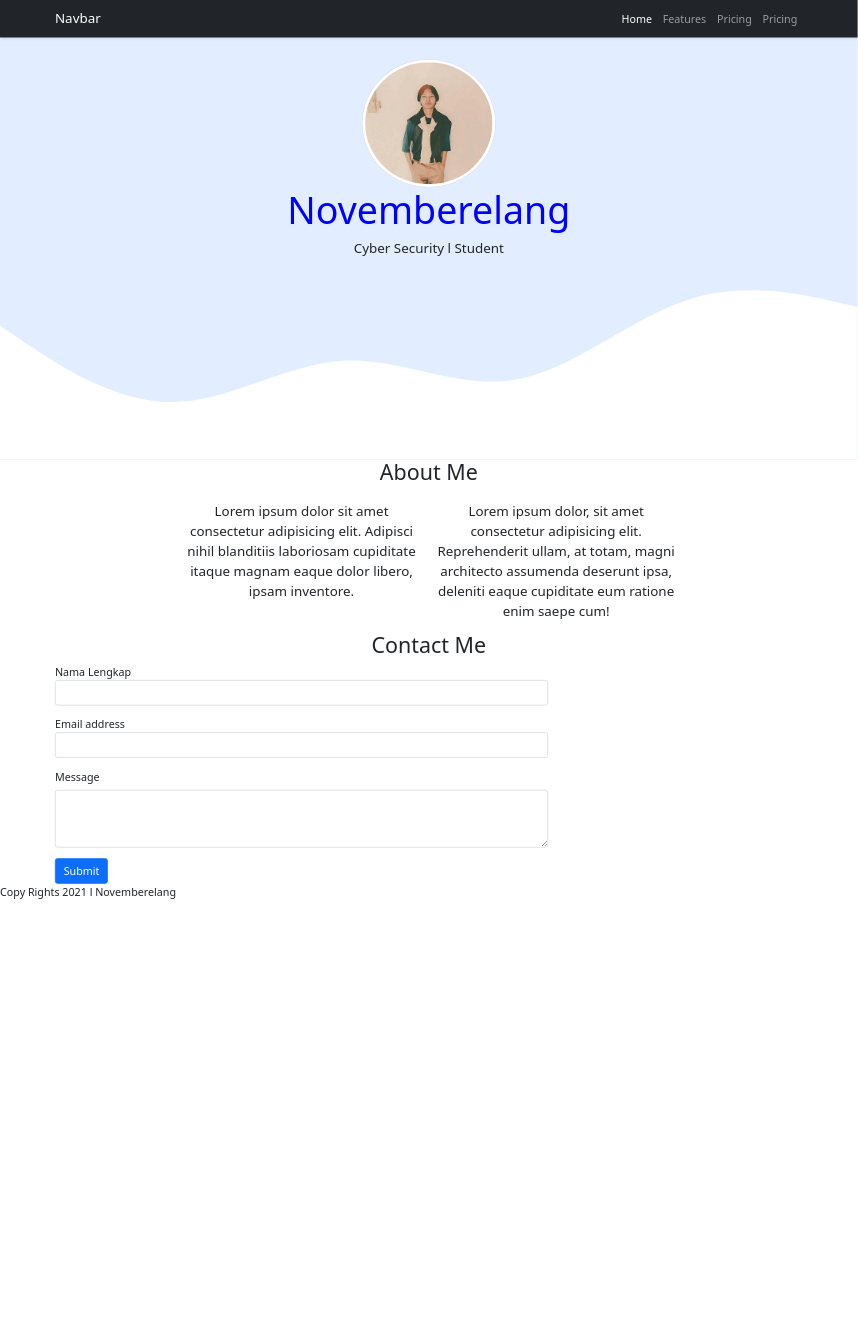
Repository: Novemberdad/gemilangtech.github.io
Page: index.html
The author's editor kept a copy of each file at every save. The page is drawn from the files as they stood at one save, then again after the next save.
The browser window is 1280 px wide. The pictures show the whole page, at 67% of full size.

Above is the page before, as saved 2021-07-21 00:32:14.

### index.html
<!DOCTYPE html>
<html lang="en">

<head>
    <!-- Required meta tags -->
    <meta charset="utf-8" />
    <meta name="viewport" content="width=device-width, initial-scale=1" />

    <!-- Bootstrap CSS -->
    <link href="https://cdn.jsdelivr.net/npm/bootstrap@5.0.2/dist/css/bootstrap.min.css" rel="stylesheet" integrity="sha384-EVSTQN3/azprG1Anm3QDgpJLIm9Nao0Yz1ztcQTwFspd3yD65VohhpuuCOmLASjC" crossorigin="anonymous" />

    <!--My CSS-->
    <link rel="stylesheet" href="style.css" />
    <title>My Portofoliio</title>
    <style>
        h1 {
            text-align: center;
            color: blue;
        }
    </style>
</head>

<body>
    <!--NAVBAR-->
    <nav class="navbar navbar-expand-lg navbar-dark bg-dark shadow-sm">
        <div class="container">
            <a class="navbar-brand" href="#">Navbar</a>
            <button class="navbar-toggler" type="button" data-bs-toggle="collapse" data-bs-target="#navbarNav" aria-controls="navbarNav" aria-expanded="false" aria-label="Toggle navigation">
          <span class="navbar-toggler-icon"></span>
        </button>
            <div class="collapse navbar-collapse" id="navbarNav">
                <ul class="navbar-nav ms-auto">
                    <li class="nav-item">
                        <a class="nav-link active" aria-current="page" href="#">Home</a>
                    </li>
                    <li class="nav-item">
                        <a class="nav-link" href="#">Features</a>
                    </li>
                    <li class="nav-item">
                        <a class="nav-link" href="#">Pricing</a>
                    </li>
                    <li class="nav-item">
                        <a class="nav-link" href="#">Pricing</a>
                    </li>
                </ul>
            </div>
        </div>
    </nav>
    <!--AKHIR NAVBAR-->

    <!--jumbortron-->
    <section class="jumbotron text-center">
        <img src="image/logo.jpg" alt="logo" width="200" class="rounded-circle img-thumbnail" />
        <h1 class="display-4">Novemberelang</h1>
        <p class="lead">Cyber Security l Student</p>
        <svg xmlns="http://www.w3.org/2000/svg" viewBox="0 0 1440 320">
        <path
          fill="#ffffff"
          fill-opacity="1"
          d="M0,96L48,128C96,160,192,224,288,224C384,224,480,160,576,154.7C672,149,768,203,864,186.7C960,171,1056,85,1152,53.3C1248,21,1344,43,1392,53.3L1440,64L1440,320L1392,320C1344,320,1248,320,1152,320C1056,320,960,320,864,320C768,320,672,320,576,320C480,320,384,320,288,320C192,320,96,320,48,320L0,320Z"
        ></path>
      </svg>
    </section>
    <!--akhir jumbotron-->

    <!--about-->
    <section id="about">
        <div class="container">
            <div class="row text-center mb-3">
                <div class="col">
                    <h2>About Me</h2>
                </div>
            </div>
            <div class="row justify-content-center fs-5 text-center">
                <div class="col-4">
                    <p>Lorem ipsum dolor sit amet consectetur adipisicing elit. Adipisci nihil blanditiis laboriosam cupiditate itaque magnam eaque dolor libero, ipsam inventore.</p>
                </div>
                <div class="col-4">
                    <p>Lorem ipsum dolor, sit amet consectetur adipisicing elit. Reprehenderit ullam, at totam, magni architecto assumenda deserunt ipsa, deleniti eaque cupiditate eum ratione enim saepe cum!</p>
                </div>
            </div>
    </section>
    <!--akhir about-->


    <!--kontak-->
    <section id="contact">
        <div class="container">
            <div class="row text-center justify-content-center">
                <div class="col">
                    <h2> Contact Me</h2>
                </div>
            </div>
            <div class="row">
                <div class="col-md-8">
                    <form>
                        <div class="mb-3">
                            <label for="exampleInputEmail1">Nama Lengkap</label>
                            <input type="email" class="form-control" id="exampleInputEmail1" aria-describedby="NamaLengkap">
                        </div>
                        <div class="mb-3">
                            <label for="exampleInputEmail1">Email address</label>
                            <input type="email" class="form-control" id="exampleInputEmail1" aria-describedby="emailHelp">
                        </div>
                        <div class="mb-3">
                            <label for="exampleFormControlTextarea1" class="form-label">Message</label>
                            <textarea class="form-control" id="exampleFormControlTextarea1" rows="3"></textarea>
                        </div>
                        <button type="submit" class="btn btn-primary">Submit</button>
                    </form>
                </div>
            </div>
        </div>


    </section>
    <!--akhir kontak-->

    <!--footer-->
    <footer>
        <p>
            Copy Rights 2021 l Novemberelang
        </p>
    </footer>
    <!--akhir footer-->



    <script src="https://cdn.jsdelivr.net/npm/bootstrap@5.0.2/dist/js/bootstrap.bundle.min.js" integrity="sha384-MrcW6ZMFYlzcLA8Nl+NtUVF0sA7MsXsP1UyJoMp4YLEuNSfAP+JcXn/tWtIaxVXM" crossorigin="anonymous"></script>

    <!-- Option 2: Separate Popper and Bootstrap JS -->
    <!--
    <script src="https://cdn.jsdelivr.net/npm/@popperjs/core@2.9.2/dist/umd/popper.min.js" integrity="sha384-IQsoLXl5PILFhosVNubq5LC7Qb9DXgDA9i+tQ8Zj3iwWAwPtgFTxbJ8NT4GN1R8p" crossorigin="anonymous"></script>
    <script src="https://cdn.jsdelivr.net/npm/bootstrap@5.0.2/dist/js/bootstrap.min.js" integrity="sha384-cVKIPhGWiC2Al4u+LWgxfKTRIcfu0JTxR+EQDz/bgldoEyl4H0zUF0QKbrJ0EcQF" crossorigin="anonymous"></script>
    -->
</body>

</html>

### style.css
body {
    min-height: 2000px;
}

.jumbotron {
    padding-top: 2rem;
    background-color: #e2edff;
}

After the next save:
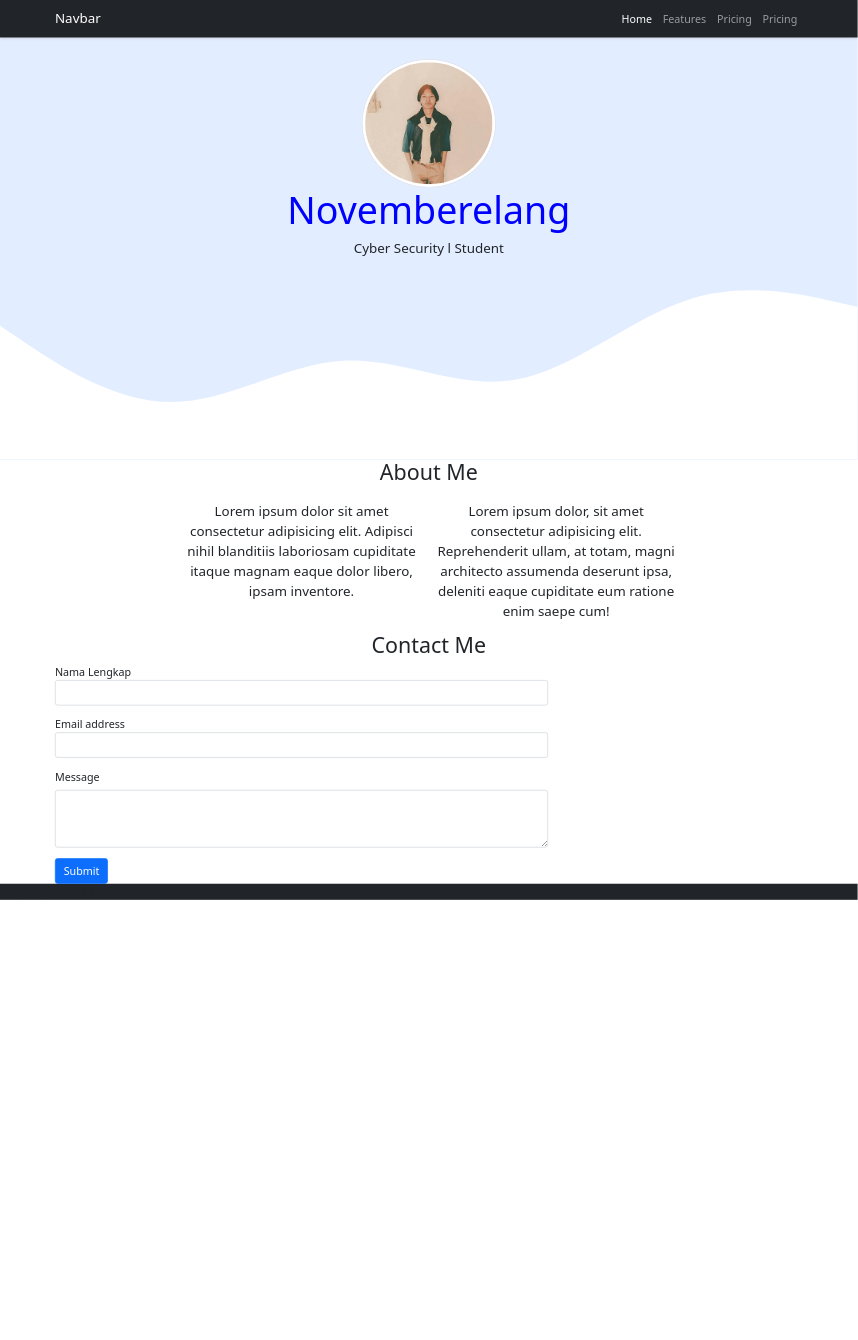
Saved 36 s later.
--- a/index.html
+++ b/index.html
@@ -117,7 +117,7 @@
     <!--akhir kontak-->
 
     <!--footer-->
-    <footer>
+    <footer class="bg-dark">
         <p>
             Copy Rights 2021 l Novemberelang
         </p>
